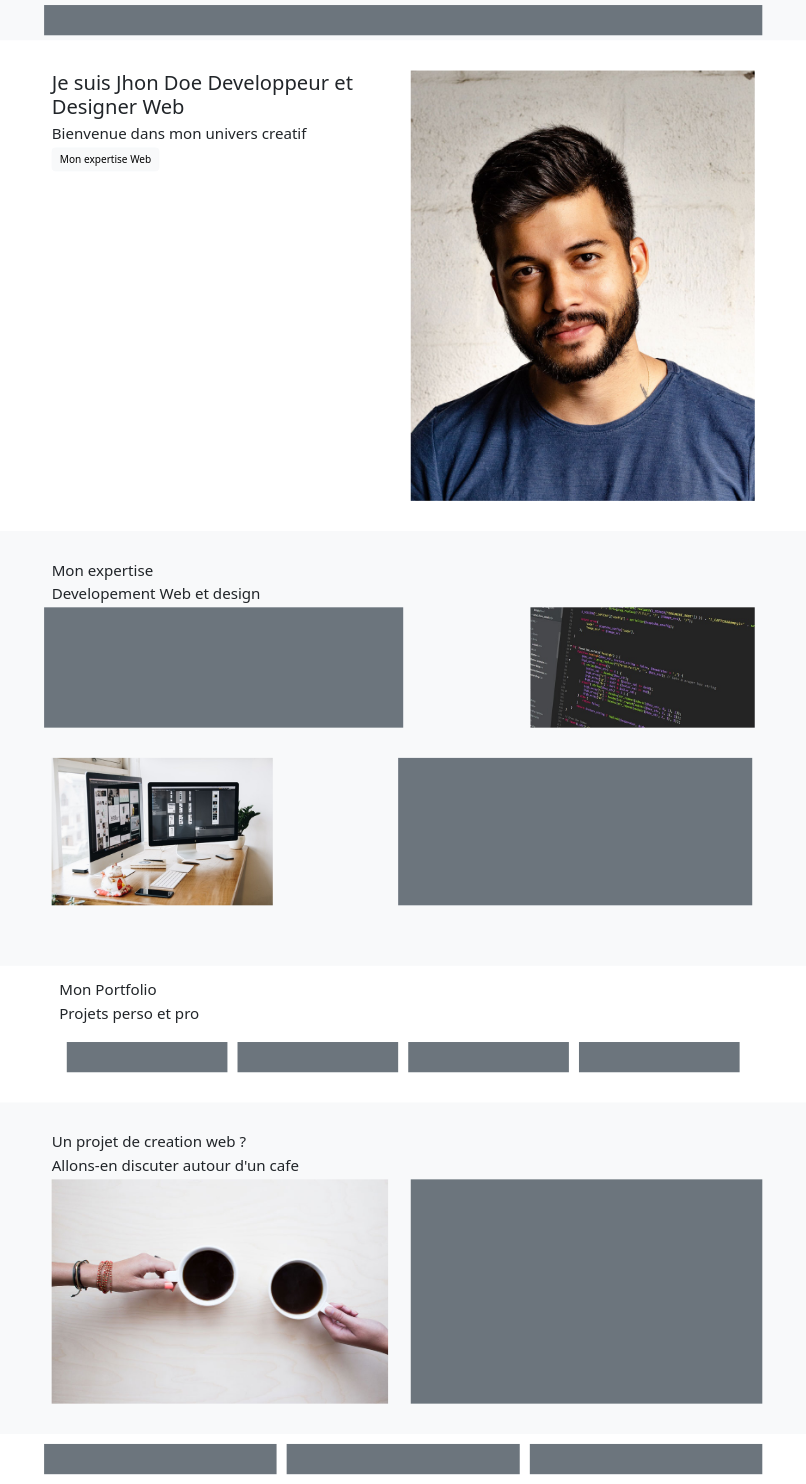
Repository: wadelfadill/Bootstrap_tache_1_portfolio
Page: index.html
These files come from the project's save history. The page is drawn as it stood at one moment and after the next save; the edit follows.
The browser window is 1280 px wide. The pictures show the whole page, at 63% of full size.

Above is the page before, as saved 2023-03-27 13:31:04.

### index.html
<!DOCTYPE html>
<html lang="en">
<head>
    <meta charset="UTF-8">
    <meta http-equiv="X-UA-Compatible" content="IE=edge">
    <meta name="viewport" content="width=device-width, initial-scale=1.0">
    <title>Portfolio_Bootstrap</title>
    <link href="https://cdn.jsdelivr.net/npm/bootstrap@5.3.0-alpha2/dist/css/bootstrap.min.css" rel="stylesheet" integrity="sha384-aFq/bzH65dt+w6FI2ooMVUpc+21e0SRygnTpmBvdBgSdnuTN7QbdgL+OapgHtvPp" crossorigin="anonymous">
    <link rel="stylesheet" href="style.css">
</head>
<body>
    <header>
        <nav class="navbar bg-light container-fluid">
            <div class="container bg-secondary py-4">

            </div>
        </nav>
    </header>
    <main>
        <section class="my-5">
            <div class="container">
                <div class="row">
                    <div class="col-6">
                        <p class="h2">Je suis Jhon Doe Developpeur et Designer Web</p>
                        <p class="h4">Bienvenue dans mon univers creatif</p>
                        <a class="btn btn-light" href="#" role="button">Mon expertise Web</a>

                    </div>
                    <div class="col-6">
                        <img src="img/portrait.jpg" alt="profile de Jhon Doe" class="w-100">
                    </div>
                </div>
            </div>
        </section>
        <section>
            <div class="container-fluid bg-light py-5 mt-5">
                <div class="container ">
                 <p class="h4">Mon expertise</p>
                 <p class="h4">Developement Web et design</p>
                <div class="row">
                    <div class="col-6 bg-secondary">

                    </div>
                    <div class="col-2"></div>
                    <div class="col-4">
                        <img src="img/code.jpg" alt="" class="w-100">
                    </div>
                </div>
                <div class="row my-5 pe-3">
                    <div class="col-4">
                        <img src="img/design.jpg" alt="" class="w-100">
                    </div>
                    <div class="col-2"></div>
                    <div class="col-6 bg-secondary">

                    </div>
                </div>
             </div>
        </section>
        <section class="container">
            <div class="container my-4">
                <p class="h4">Mon Portfolio</p>
                <p class="h4">Projets perso et pro</p>
                <div class="row gap-3 p-4">
                    <div class="col bg-secondary py-4"></div>
                    <div class="col bg-secondary py-4"></div>
                    <div class="col bg-secondary py-4"></div>
                    <div class="col bg-secondary py-4"></div>
                </div>
            </div>
        </section>
        <section class="p-5 bg-light">
            <div class="container">
                <p class="h4">Un projet de creation web ?</p>
                <p class="h4">Allons-en discuter autour d'un cafe</p>
                <div class="row gap-4">
                    <div class="col">
                        <img src="img/grab-a-coffee.jpg" class="w-100" alt="">
                    </div>
                    <div class="col bg-secondary"></div>
                </div>
            </div>
        </section>
    </main>
    <footer>
        <div class="container">
            <div class="row gap-3 py-3">
                <div class="col p-4 bg-secondary"></div>
                <div class="col p-4 bg-secondary"></div>
                <div class="col p-4 bg-secondary"></div>
            </div>
        </div>
    </footer>


</body>
</html>

Loaded but not shown: style.css (no stored copy; drawn as an empty file)

After the next save:
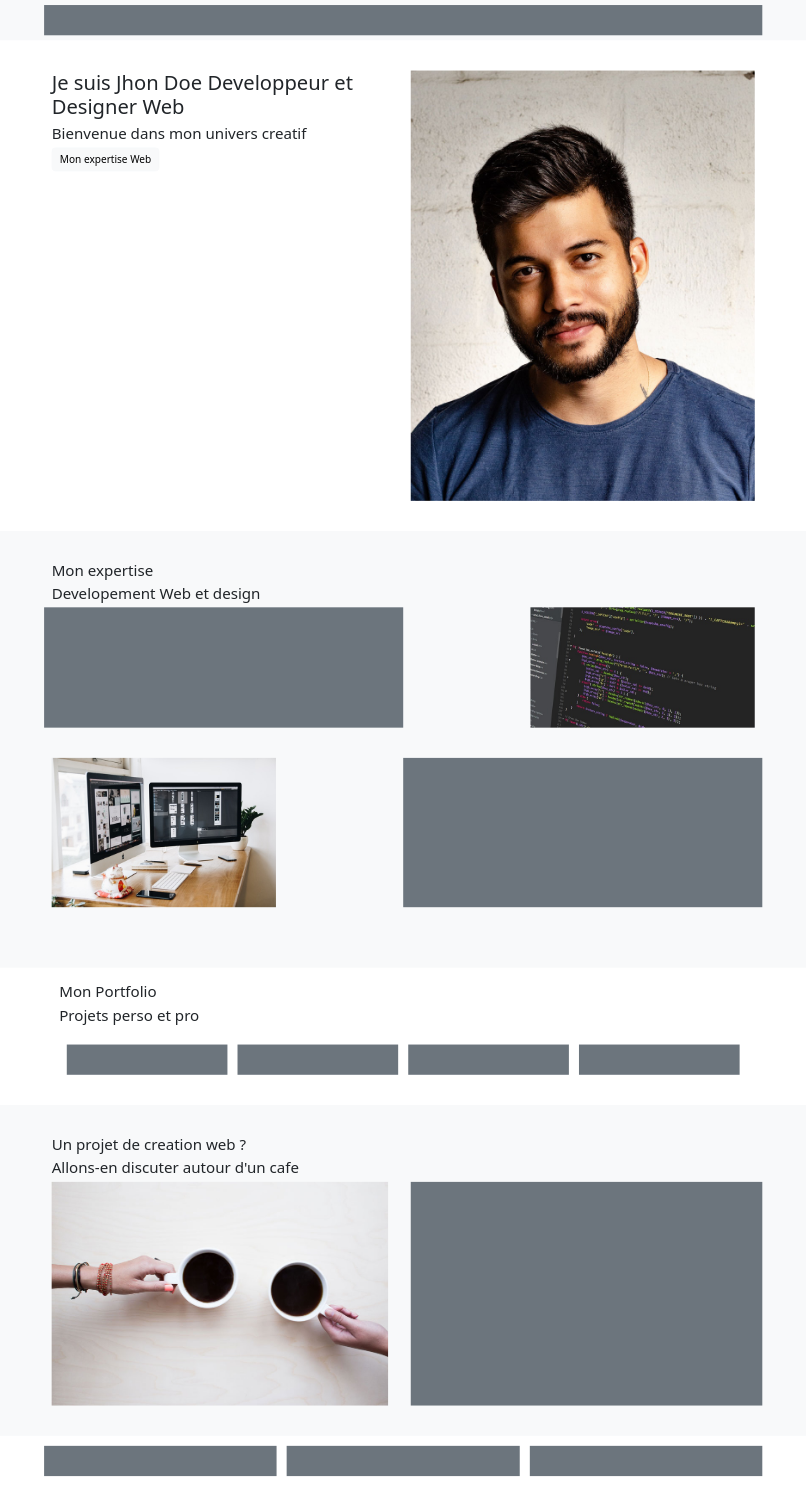
Saved 65 s later.
--- a/index.html
+++ b/index.html
@@ -46,7 +46,7 @@
                         <img src="img/code.jpg" alt="" class="w-100">
                     </div>
                 </div>
-                <div class="row my-5 pe-3">
+                <div class="row my-5">
                     <div class="col-4">
                         <img src="img/design.jpg" alt="" class="w-100">
                     </div>
